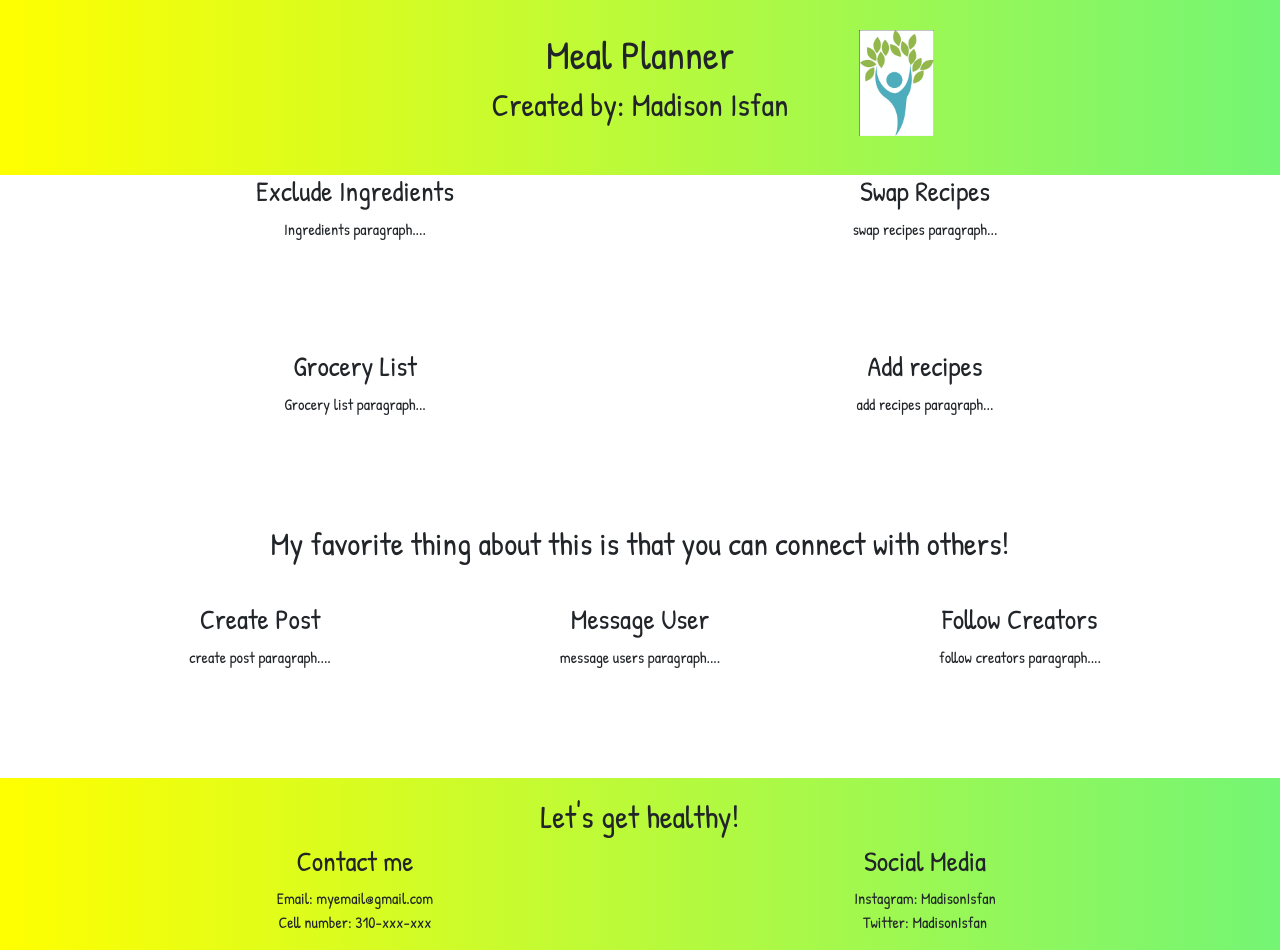
Repository: madisonisfan/Meal-Planner
Page: index.html
These files come from the project's save history. The page is drawn as it stood at one moment and after the next save; the edit follows.
The browser window is 1280 px wide. The pictures show the whole page.
Some web libraries are served in a nearby version.

Above is the page before, as saved 2021-02-19 11:19:06.

### index.html
<!DOCTYPE html>
<head>

    <meta charset="utf-8"/>
    <meta name="viewport" content="width=device-width, initial-scale=1"/>

    <link rel="stylesheet" href="node_modules/bootstrap/dist/css/bootstrap.min.css" />

    <link rel="stylesheet" href="https://fonts.googleapis.com/css?family=Indie+Flower|Patrick+Hand" />
    <link rel="stylesheet" href="css/styles.css"/>
    <title> Meal Planner </title>
</head>

<body>

    <header class="jumbotron">

            <div class="row  justify-content-md-end"  > <!--"row align-self-center justify-content-start justify-content-lg-between"-->
                <!--<div class="col text-left ">
                    <!--<img src="healthySymbolSc.jpg">
                </div> -->
                <div class="col col-md-4 text-md-center"><!--col-5 col-md text-left text-md-center-->
                    <h1>Meal Planner</h1>
                    <h2>Created by: Madison Isfan</h2>
                </div>

                <div class="col col-md-4 text-right ">
                    <img src="healthySymbolSc.jpg">
                </div>




            </div>

    </header>

    <div class="container ">
        <div class="row row-content">
            <div class="col-12 text-center col-md">
                <h3>Exclude Ingredients</h3>
                <p>Ingredients paragraph....</p>
            </div>
            <div class="col-12 text-center col-md">
                <h3>Swap Recipes</h3>
                <p >swap recipes paragraph...</p>
            </div>
        </div>

        <div class="row row-content ">
            <div class="col-12 text-center col-md">
                <h3>Grocery List</h3>
                <p>Grocery list paragraph...</p>
            </div>
            <div class="col-12 text-center col-md">
                <h3>Add recipes</h3>
                <p>add recipes paragraph...</p>
            </div>
        </div>

    </div> <!--End of container-->

    <div class="container">
        <div class="row align-items-start">
            <div class="col ">
                <h2 class=" extra-header text-center">My favorite thing about this is that you can connect with others!</h2>
            </div>
        </div>
        <div class="row row-content align-items-start justify-content-center" >
            <div class="col-12 text-center col-md">
                <h3>Create Post</h3>
                <p>create post paragraph....</p>

            </div>
            <div class="col-12 text-center col-md">
                <h3>Message User</h3>
                <p>message users paragraph....</p>
            </div>
            <div class="col-12 text-center col-md">
                <h3>Follow Creators</h3>
                <p>follow creators paragraph....</p>
            </div>

        </div>

    </div>

    <footer>
        <div class="container">
            <div class="row">
                <div class ="col">
                    <h2 class="text-center"> Let's get healthy! </h2>
                </div>
            </div>

            <div class="row">
                <div class="col-12 text-center col-md">
                    <h3 >Contact me</h3>
                    <ul class="list-unstyled">
                        <li>Email: myemail@gmail.com</li>
                        <li>Cell number: 310-xxx-xxx</li>
                    </ul>

                </div>
                <div class="col-12 text-center col-md">
                    <h3 >Social Media</h3>
                    <ul class="list-unstyled">
                        <li>Instagram: MadisonIsfan</li>
                        <li>Twitter: MadisonIsfan</li>
                    </ul>

                </div>
            </div>
        </div>
    </footer>


    <script src="node_modules/jquery/dist/jquery.slim.min.js"></script>
    <script src="node_modules/popper.js/dist/umd/popper.min.js"></script>
    <script src="node_modules/bootstrap/dist/js/bootstrap.min.js"></script>
</body>


</html>

### css/styles.css
header {
  padding: 20px;
  height: 175px;
}
body {
  font-family: "Patrick Hand";
}

footer {
  background-image: linear-gradient(to right, yellow, rgb(116, 245, 116));
  padding-top: 20px;
}

img {
  width: 75px;
}

.row-content {
  min-height: 175px;
}

.jumbotron {
  padding: 30px;
  background-image: linear-gradient(to right, yellow, rgb(116, 245, 116));
}

.extra-header {
  margin-bottom: 40px;
}

After the next save:
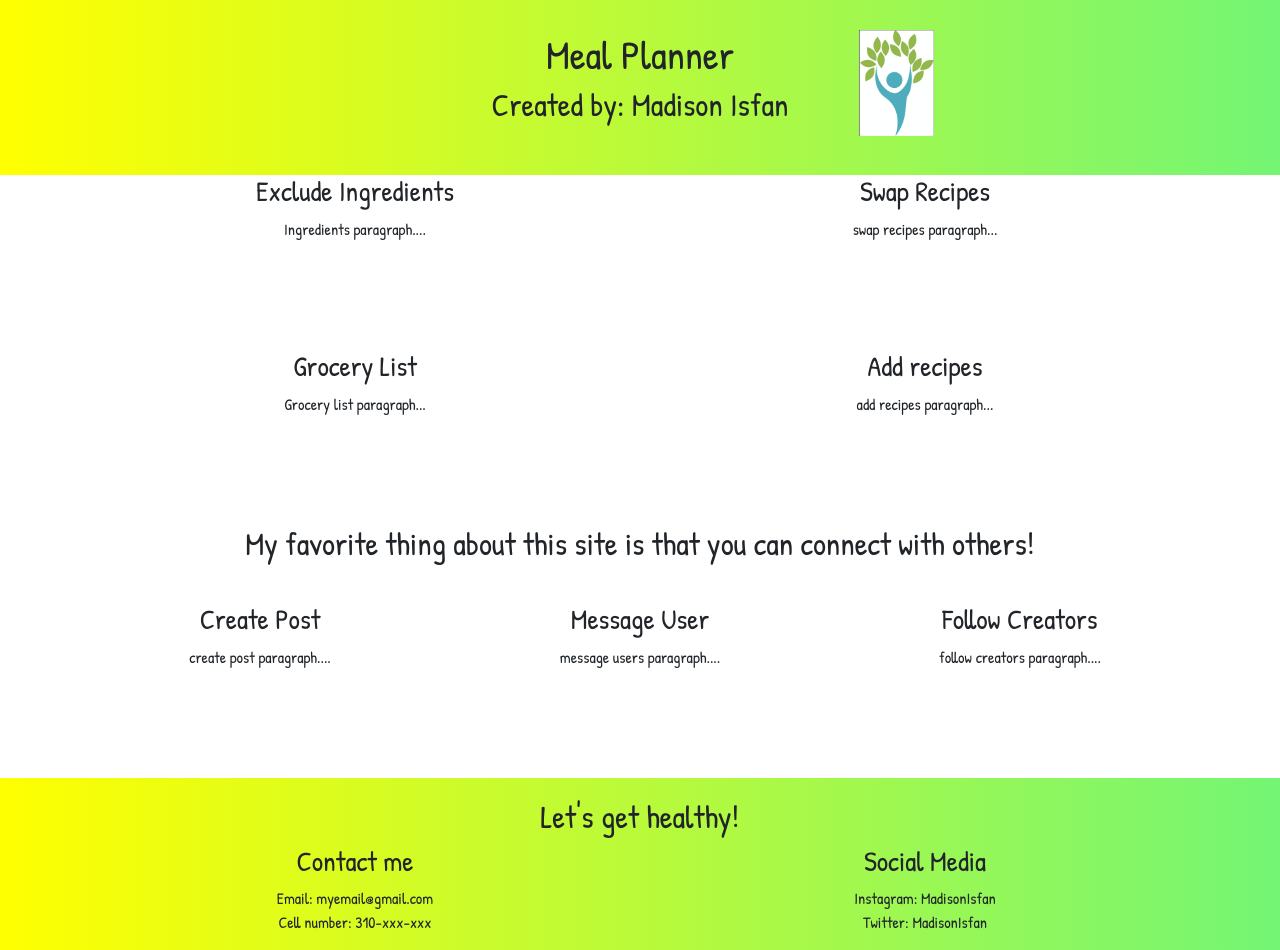
Saved 5 h 59 min later.
--- a/index.html
+++ b/index.html
@@ -63,7 +63,7 @@
     <div class="container">
         <div class="row align-items-start">
             <div class="col ">
-                <h2 class=" extra-header text-center">My favorite thing about this is that you can connect with others!</h2>
+                <h2 class=" extra-header text-center">My favorite thing about this site is that you can connect with others!</h2>
             </div>
         </div>
         <div class="row row-content align-items-start justify-content-center" >
